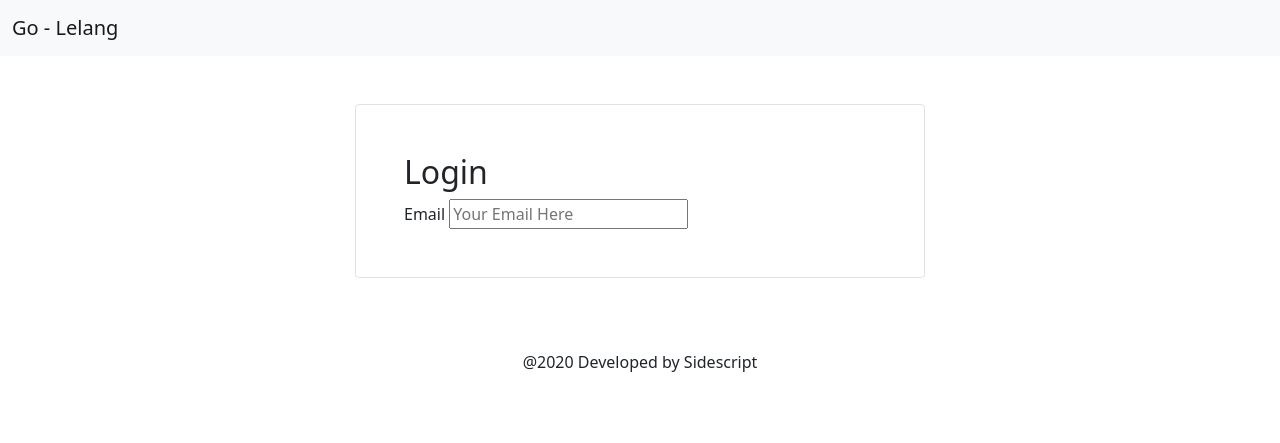
Repository: khulqu15/Go---Lelalng
Page: http://localhost/login
These files come from the project's save history. The page is drawn as it stood at one moment and after the next save; the edit follows.
The browser window is 1280 px wide. The pictures show the whole page.
The page is served by the project's Laravel application, run on PHP 8.4 with Laravel 8.

Above is the page before, as saved 2021-02-22 15:51:46.

After the next save:
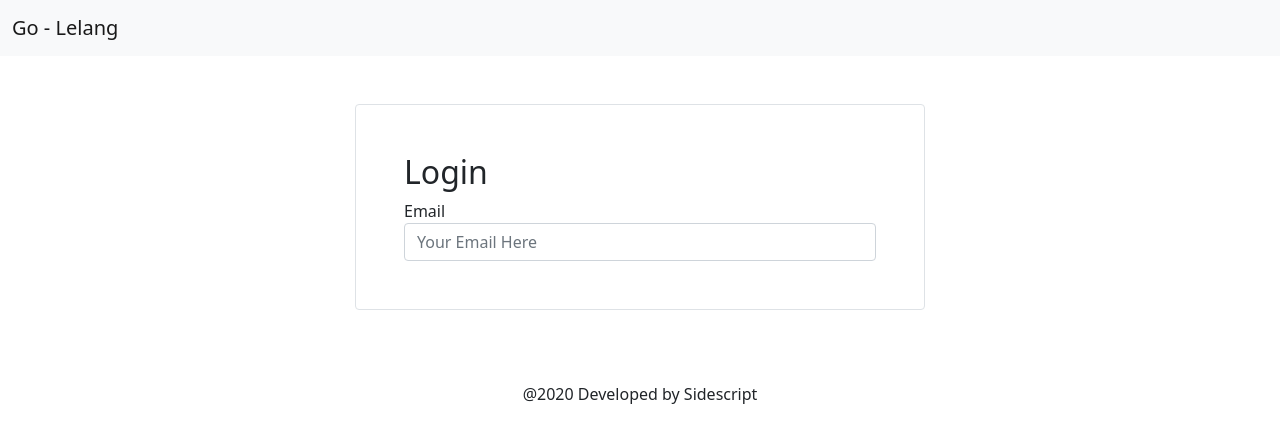
Saved 22 s later.
--- a/resources/views/auth/login.blade.php
+++ b/resources/views/auth/login.blade.php
@@ -9,7 +9,7 @@
             <h2>Login</h2>
             <div class="form-group">
                 <label for="email">Email</label>
-                <input type="email" placeholder="Your Email Here">
+                <input type="email" id="email" name="email" class="form-control" placeholder="Your Email Here">
             </div>
         </div>
     </div>
